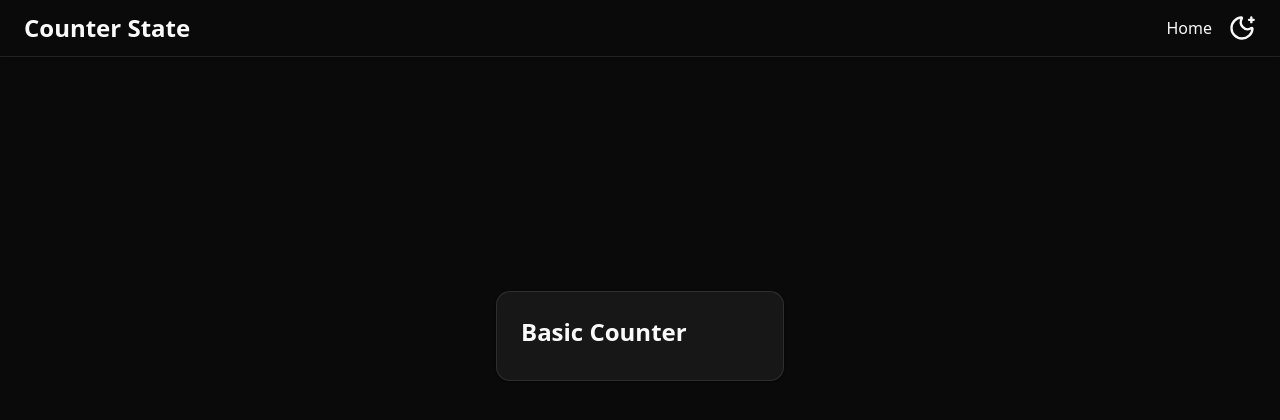
Repository: dev-piyushsarkar/counter-state-project
Page: /
An editor plug-in stored every save of this project. The page is shown before and after the next save, followed by the edit.
The browser window is 1280 px wide. The pictures show the whole page.
The project was rebuilt for these pictures with package versions that can differ from the ones it lists, and the page was loaded fresh each time. The framework's server and built-in components were replaced by stand-ins that run in the browser. Also part of the build but not shown: next.config.ts.

Above is the page before, as saved 2025-11-15 13:30:04.

### src/app/layout.tsx
import Header from "@/components/Header/Header";
import ThemeProvider from "@/components/Providers/ThemeProvider";
import "./globals.css";

type RootLayoutProps = {
	children: React.ReactNode;
};

const RootLayout = ({ children }: Readonly<RootLayoutProps>) => {
	return (
		<html
			lang="en"
			suppressHydrationWarning>
			<body>
				<ThemeProvider
					attribute={"class"}
					defaultTheme="dark"
					enableSystem={false}>
					<Header />

					<main className="mx-auto max-w-7xl px-6 py-3">{children}</main>
				</ThemeProvider>
			</body>
		</html>
	);
};

export default RootLayout;

### src/app/page.tsx
import { Card, CardHeader, CardTitle } from "@/components/shadcnui/card";
import { Metadata } from "next";

export const metadata: Metadata = {
	title: "Nextjs Starter Frontend",
	description: "Production grade Next.js starter template",
};

const page = () => {
	return (
		<section className="grid h-[90dvh] place-items-center">
			<Card className="w-2xs">
				<CardHeader>
					<CardTitle className="text-2xl font-semibold">
						Basic Counter
					</CardTitle>
				</CardHeader>
			</Card>
		</section>
	);
};

export default page;

### src/components/Header/Header.tsx
import Link from "next/link";
import ThemeToggleButton from "../ThemeToggleButton";

const Header = () => {
	return (
		<header
			className="fixed right-0 left-0 border-b shadow"
			aria-label="app-header">
			<div className="mx-auto flex max-w-7xl items-center justify-between px-6 py-3">
				<Link href={"/"}>
					<h1
						className="text-2xl font-semibold"
						aria-label="App Name">
						Counter State
					</h1>
				</Link>

				<nav className="flex items-center gap-4">
					<Link href={"/"}>Home</Link>

					<ThemeToggleButton />
				</nav>
			</div>
		</header>
	);
};

export default Header;

### src/components/Providers/ThemeProvider.tsx
"use client";

import { ThemeProvider as NextThemesProvider } from "next-themes";
import { ComponentProps } from "react";

type ThemeProviderProps = ComponentProps<typeof NextThemesProvider>;

const ThemeProvider = ({ children, ...props }: ThemeProviderProps) => {
	return <NextThemesProvider {...props}>{children}</NextThemesProvider>;
};

export default ThemeProvider;

### src/components/shadcnui/card.tsx
import * as React from "react"

import { cn } from "@/lib/utils"

function Card({ className, ...props }: React.ComponentProps<"div">) {
  return (
    <div
      data-slot="card"
      className={cn(
        "bg-card text-card-foreground flex flex-col gap-6 rounded-xl border py-6 shadow-sm",
        className
      )}
      {...props}
    />
  )
}

function CardHeader({ className, ...props }: React.ComponentProps<"div">) {
  return (
    <div
      data-slot="card-header"
      className={cn(
        "@container/card-header grid auto-rows-min grid-rows-[auto_auto] items-start gap-2 px-6 has-data-[slot=card-action]:grid-cols-[1fr_auto] [.border-b]:pb-6",
        className
      )}
      {...props}
    />
  )
}

function CardTitle({ className, ...props }: React.ComponentProps<"div">) {
  return (
    <div
      data-slot="card-title"
      className={cn("leading-none font-semibold", className)}
      {...props}
    />
  )
}

function CardDescription({ className, ...props }: React.ComponentProps<"div">) {
  return (
    <div
      data-slot="card-description"
      className={cn("text-muted-foreground text-sm", className)}
      {...props}
    />
  )
}

function CardAction({ className, ...props }: React.ComponentProps<"div">) {
  return (
    <div
      data-slot="card-action"
      className={cn(
        "col-start-2 row-span-2 row-start-1 self-start justify-self-end",
        className
      )}
      {...props}
    />
  )
}

function CardContent({ className, ...props }: React.ComponentProps<"div">) {
  return (
    <div
      data-slot="card-content"
      className={cn("px-6", className)}
      {...props}
    />
  )
}

function CardFooter({ className, ...props }: React.ComponentProps<"div">) {
  return (
    <div
      data-slot="card-footer"
      className={cn("flex items-center px-6 [.border-t]:pt-6", className)}
      {...props}
    />
  )
}

export {
  Card,
  CardHeader,
  CardFooter,
  CardTitle,
  CardAction,
  CardDescription,
  CardContent,
}

### src/components/ThemeToggleButton.tsx
"use client";

import { MoonStar, Sun } from "lucide-react";
import { useTheme } from "next-themes";

const ThemeToggleButton = () => {
	const { theme, setTheme } = useTheme();

	return (
		<button
			onClick={() => setTheme(theme === "dark" ? "light" : "dark")}
			className="flex cursor-pointer items-center">
			<Sun
				size={28}
				className="-rotate-90 opacity-100 transition-all duration-300 dark:rotate-0 dark:opacity-0"
			/>

			<MoonStar
				size={28}
				className="absolute -rotate-90 opacity-0 transition-all duration-300 dark:rotate-0 dark:opacity-100"
			/>
		</button>
	);
};

export default ThemeToggleButton;

### src/lib/utils.ts
import { clsx, type ClassValue } from "clsx";
import { twMerge } from "tailwind-merge";

export const cn: typeof clsx = (...inputs: ClassValue[]) => {
	return twMerge(clsx(inputs));
};

Loaded but not shown: src/app/globals.css (common file)

After the next save:
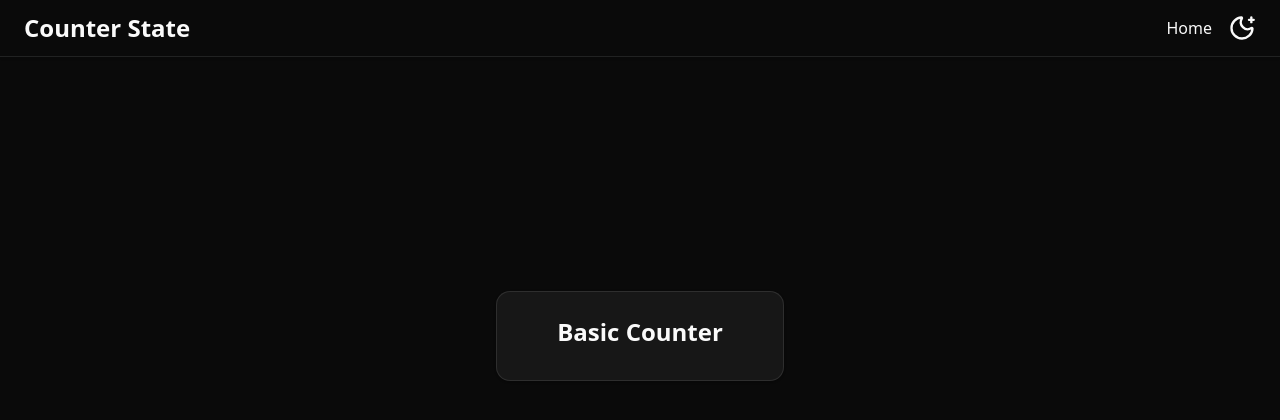
Saved 12 s later.
--- a/src/app/page.tsx
+++ b/src/app/page.tsx
@@ -11,7 +11,7 @@ const page = () => {
 		<section className="grid h-[90dvh] place-items-center">
 			<Card className="w-2xs">
 				<CardHeader>
-					<CardTitle className="text-2xl font-semibold">
+					<CardTitle className="text-center text-2xl font-semibold">
 						Basic Counter
 					</CardTitle>
 				</CardHeader>
